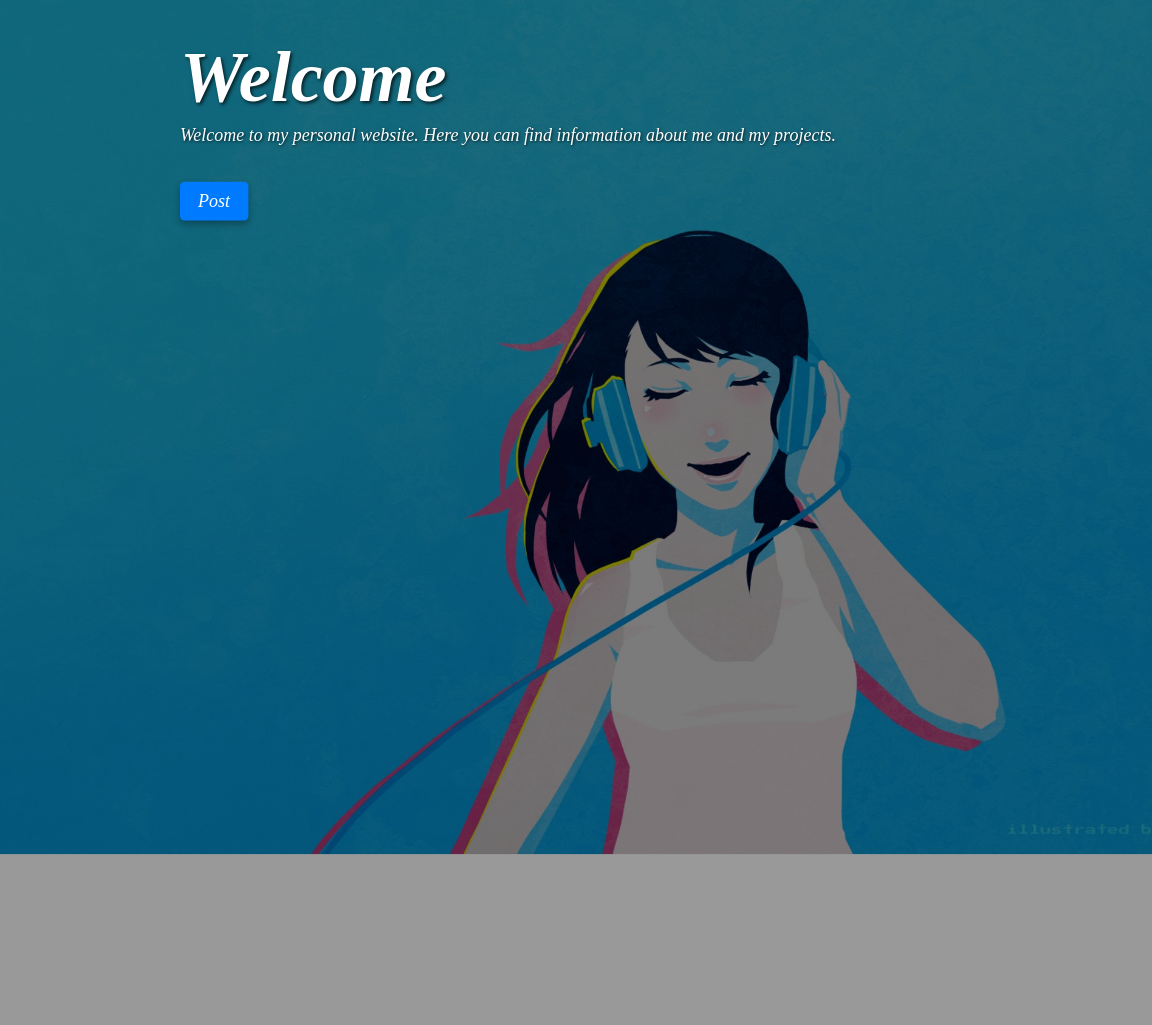
Repository: cydxf/cydxf.github.io
Page: index.html
The author's editor kept a copy of each file at every save. The page is drawn from the files as they stood at one save, then again after the next save.
The browser window is 1280 px wide. The pictures show the whole page, at 90% of full size.

Above is the page before, as saved 2024-08-02 02:16:32.

### index.html
<!DOCTYPE html>
<html lang="en">
<head>
    <meta charset="UTF-8">
    <meta name="viewport" content="width=device-width, initial-scale=1.0">
    <title>My Personal Website</title>
    <link rel="stylesheet" href="css/styles.css">
</head>
<body>
    <main>
        <section id="home" class="hero">
            <div class="hero-content">
                <h1>Welcome</h1>
                <p>Welcome to my personal website. Here you can find information about me and my projects.</p>
                <a href="" class="button">Post</a>
            </div>
        </section>
        <section id="about">
            <h2>About Me</h2>
            <p>This is the about section where you can find more information about me.</p>
        </section>
        <section id="projects">
            <h2>Projects</h2>
            <p>Here are some of my recent projects.</p>
            <ul>
                <li>Project 1</li>
                <li>Project 2</li>
                <li>Project 3</li>
            </ul>
        </section>
        <section id="contact">
            <h2>Contact</h2>
            <p>If you want to get in touch, please contact me via email.</p>
        </section>
    </main>
    <footer>
        <p>&copy; 2024 Huang Jiaxi</p>
    </footer>
    <script src="js/script.js"></script>
    </head>
</body>
</html>

### css/styles.css
body, html {
    margin: 0;
    padding: 0;
    height: 100%;
    width: 100%;
}

.hero {
    position: absolute;
    width: 100%;
    height: 131.8vh; /* Viewport height */
    left: 0;
    top: 0;
    background-image: url('../resource/image/shigiChannelArt_clean.jpg'); /* 首页大图  */
    background-size: cover;
    background-position: center;
    background-repeat: no-repeat;
    color: #fff;
    display: flex;
    justify-content: flex-start;
    align-items: flex-start;
    text-align: left;
}

.hero:before{
    content: '';
    position: absolute;
    top: 0;
    left: 0;
    width: 100%;
    height: 120%;
    background: rgba(0, 0, 0, 0.4);
    z-index: 1;
}

.hero-content {
    position: relative;
    z-index: 2;
    padding: 40px;
    margin-left: 160px;
    font-style: italic;
}

.hero h1 {
    font-size: 5rem; /* 适当调整标题字体大小 */
    margin: 0;
    padding: 0;
    text-shadow: 2px 2px 4px rgba(0, 0, 0, 0.7); /* 添加文本阴影使其更清晰 */
}

.hero p {
    font-size: 1.25rem; /* 适当调整副标题字体大小 */
    margin-top: 0.5rem;
    text-shadow: 1px 1px 3px rgba(0, 0, 0, 0.7); /* 添加文本阴影使其更清晰 */
}

.button {
    display: inline-block;
    padding: 10px 20px;
    margin-top: 20px; /* Adds spacing between text and button */
    font-size: 1.25rem;
    color: #fff;
    background-color: #007bff; /* Change background color as needed */
    border: none;
    border-radius: 5px;
    text-decoration: none;
    text-align: center;
    box-shadow: 0 4px 8px rgba(0, 0, 0, 0.3); /* Adds shadow to the button */
    transition: background-color 0.3s ease; /* Smooth transition on hover */
}

.button:hover {
    background-color: #0056b3; /* Change background color on hover */
}

### js/script.js
document.addEventListener("DOMContentLoaded", function() {
    const links = document.querySelectorAll("nav ul li a");

    links.forEach(link => {
        link.addEventListener("click", function(event) {
            event.preventDefault();
            const targetId = this.getAttribute("href").substring(1);
            const targetSection = document.getElementById(targetId);
            window.scrollTo({
                top: targetSection.offsetTop,
                behavior: "smooth"
            });
        });
    });
});

After the next save:
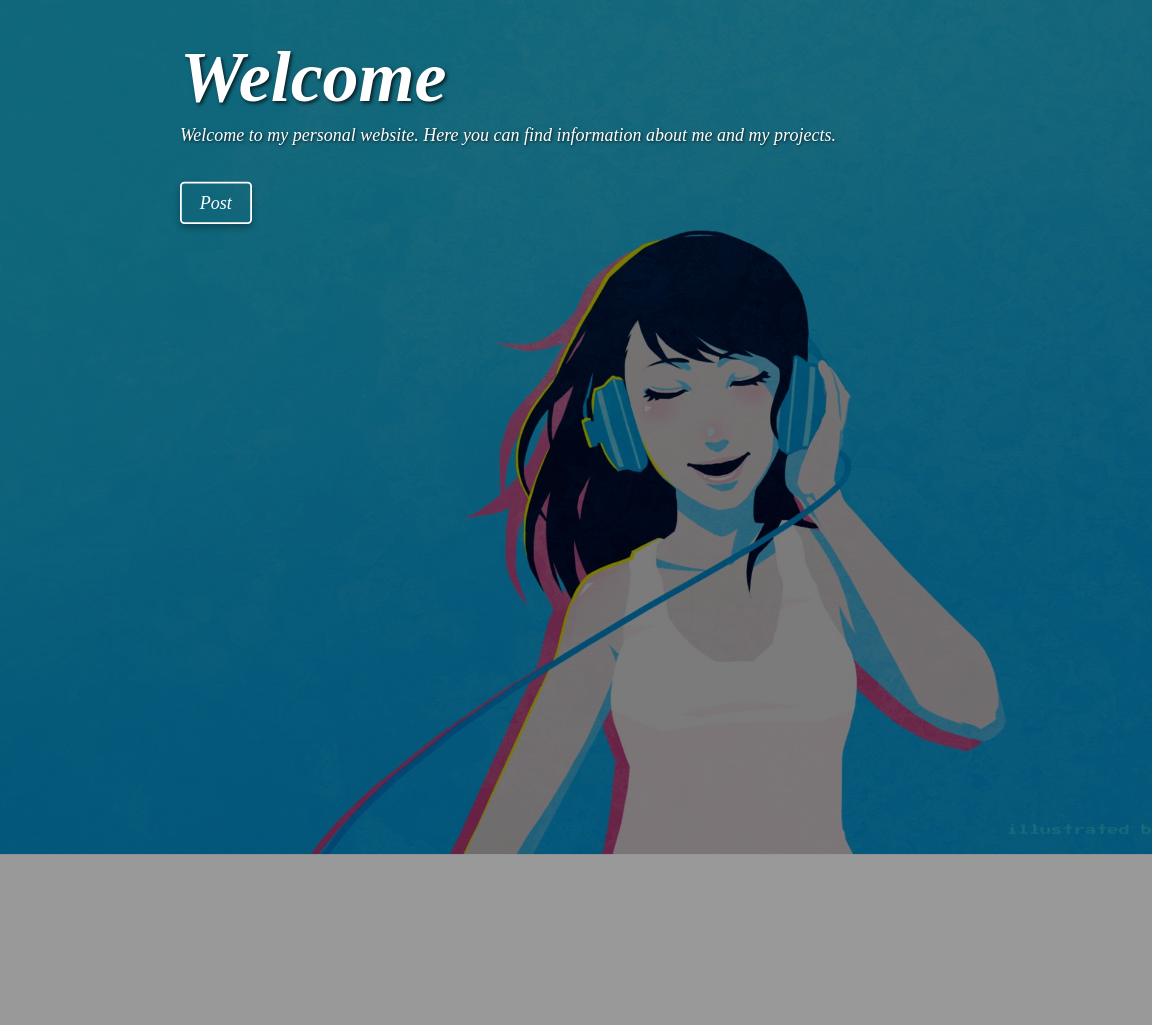
Saved 2 min 18 s later.
--- a/css/styles.css
+++ b/css/styles.css
@@ -59,16 +59,18 @@ body, html {
     padding: 10px 20px;
     margin-top: 20px; /* Adds spacing between text and button */
     font-size: 1.25rem;
-    color: #fff;
-    background-color: #007bff; /* Change background color as needed */
-    border: none;
+    color: #fff; /* Text color */
+    background-color: transparent; /* Transparent background */
+    border: 2px solid #fff; /* White border */
     border-radius: 5px;
     text-decoration: none;
     text-align: center;
     box-shadow: 0 4px 8px rgba(0, 0, 0, 0.3); /* Adds shadow to the button */
-    transition: background-color 0.3s ease; /* Smooth transition on hover */
+    transition: background-color 0.3s ease, color 0.3s ease; /* Smooth transition on hover */
 }
 
 .button:hover {
-    background-color: #0056b3; /* Change background color on hover */
+    background-color: #fff; /* White background on hover */
+    color: #000; /* Change text color on hover if needed */
+    border-color: #fff; /* Keep border color white on hover */
 }
